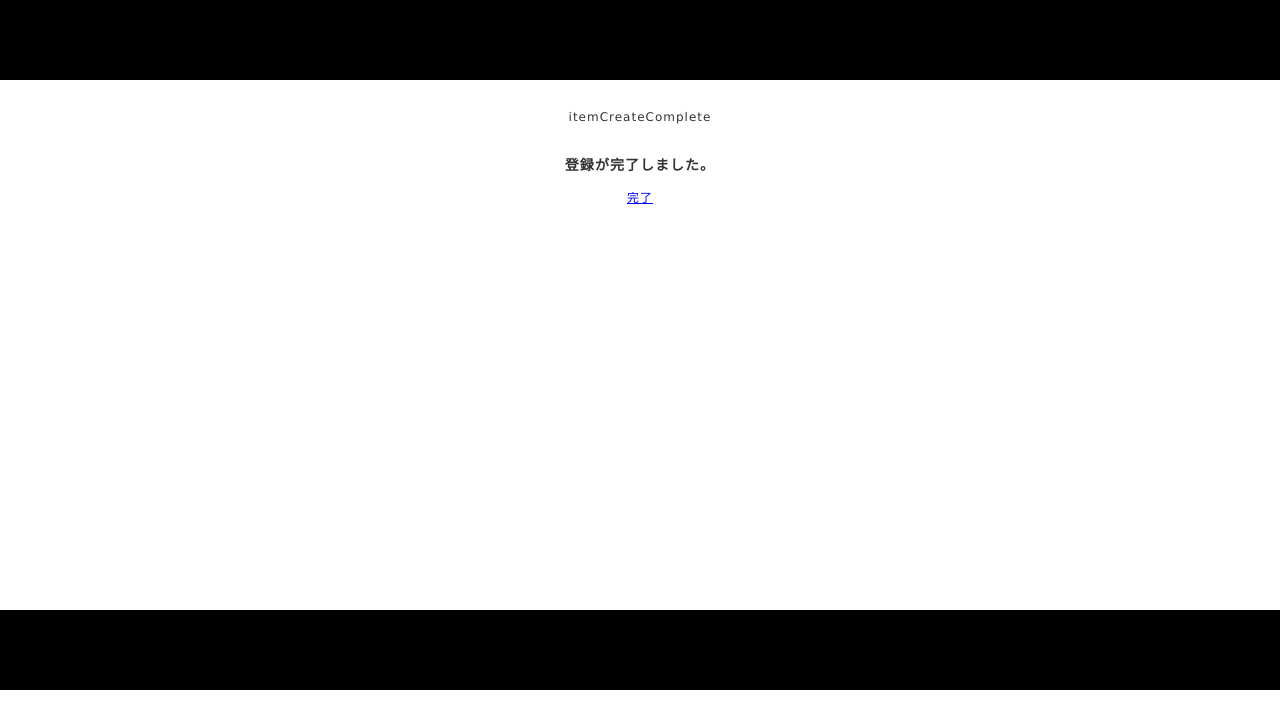
Repository: kazuki000/test
Page: http://localhost/ecsite/itemCreateComplete.jsp
These files come from the project's save history. The page is drawn as it stood at one moment and after the next save; the edit follows.
The browser window is 1280 px wide. The pictures show the whole page.
The page is served by Tomcat 9.

Above is the page before, as saved 2019-05-02 10:16:51.

After the next save:
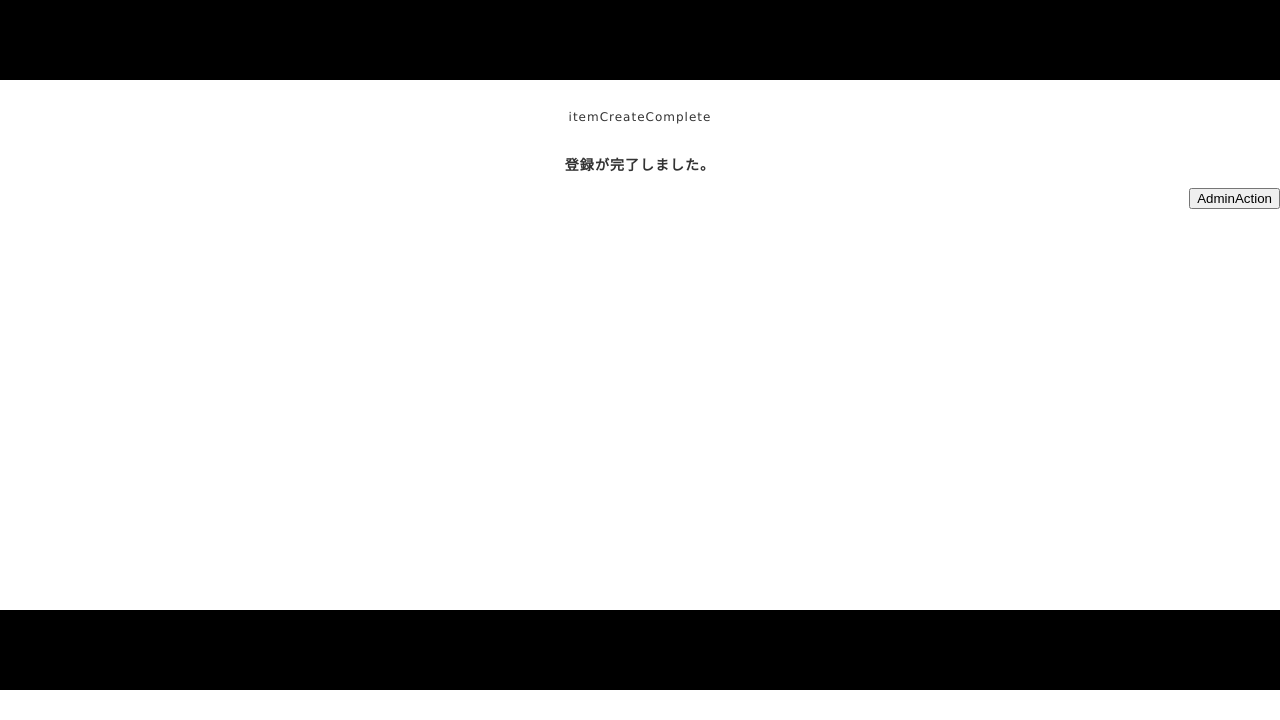
Saved 114 s later.
--- a/ecsite/WebContent/itemCreateComplete.jsp
+++ b/ecsite/WebContent/itemCreateComplete.jsp
@@ -71,7 +71,7 @@
 			<div>
 					<h3>登録が完了しました。</h3>
 					<div>
-							<a href='<s:url action="AdminAction"/>'>完了</a>
+							<s:submit value="AdminAction"/>
 					</div>
 			</div>
 	</div>
